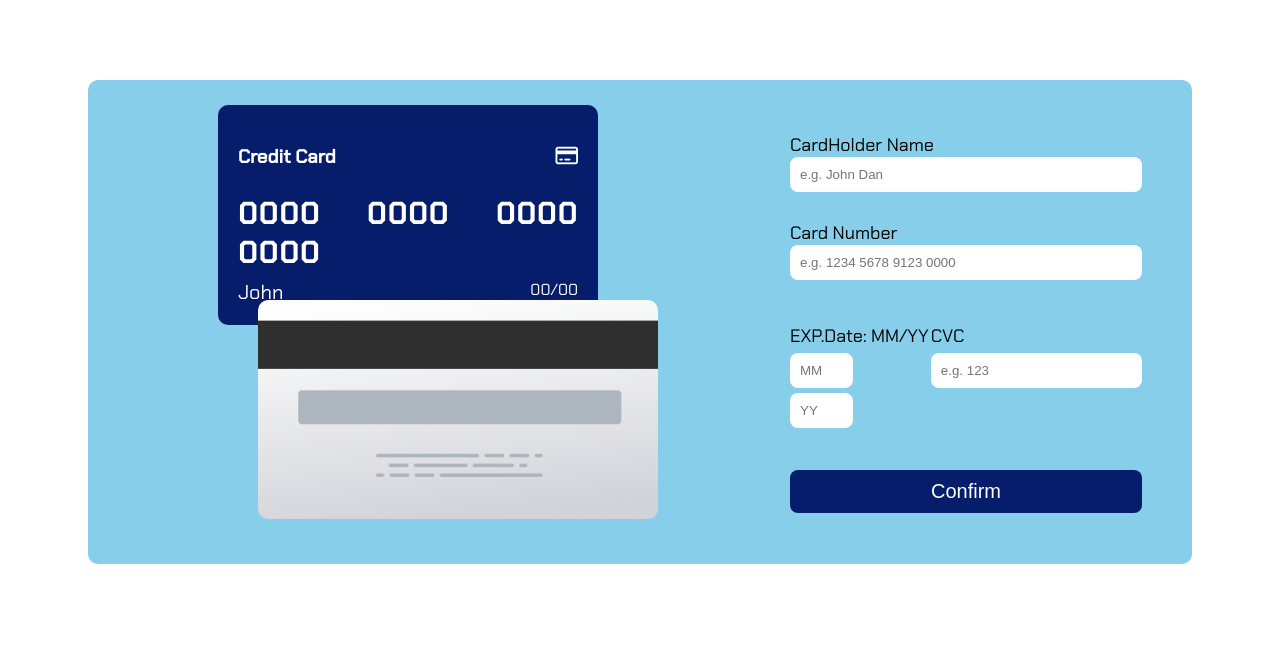
Repository: moehaymanmyint/Interactive-Card-Details-Form
Page: index.html
The author's editor kept a copy of each file at every save. The page is drawn from the files as they stood at one save, then again after the next save.
The browser window is 1280 px wide. The pictures show the whole page.
Some web libraries are served in a nearby version.

Above is the page before, as saved 2024-10-18 21:35:52.

After the next save:
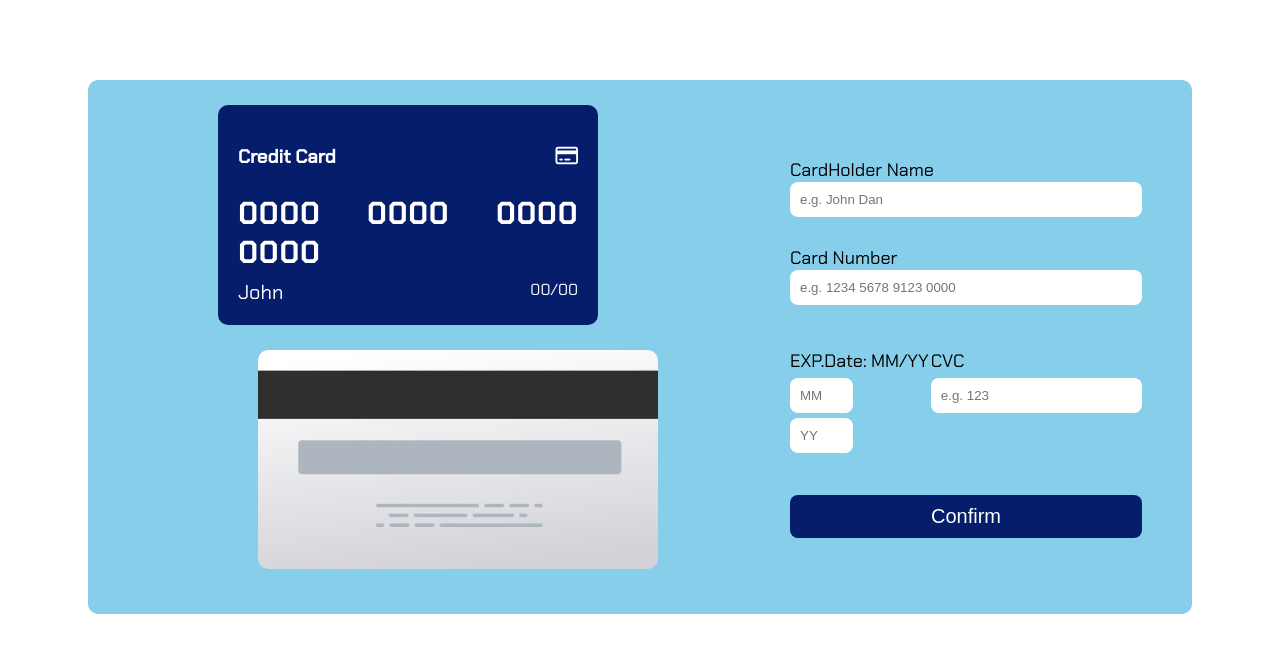
Saved 12 s later.
--- a/style.css
+++ b/style.css
@@ -59,7 +59,6 @@ body{
 .back-card img{
     width: 400px;
     margin: 20px 40px;
-    margin-top: -30px;
     border-radius: 10px;
     margin-left: 120px;
 }
